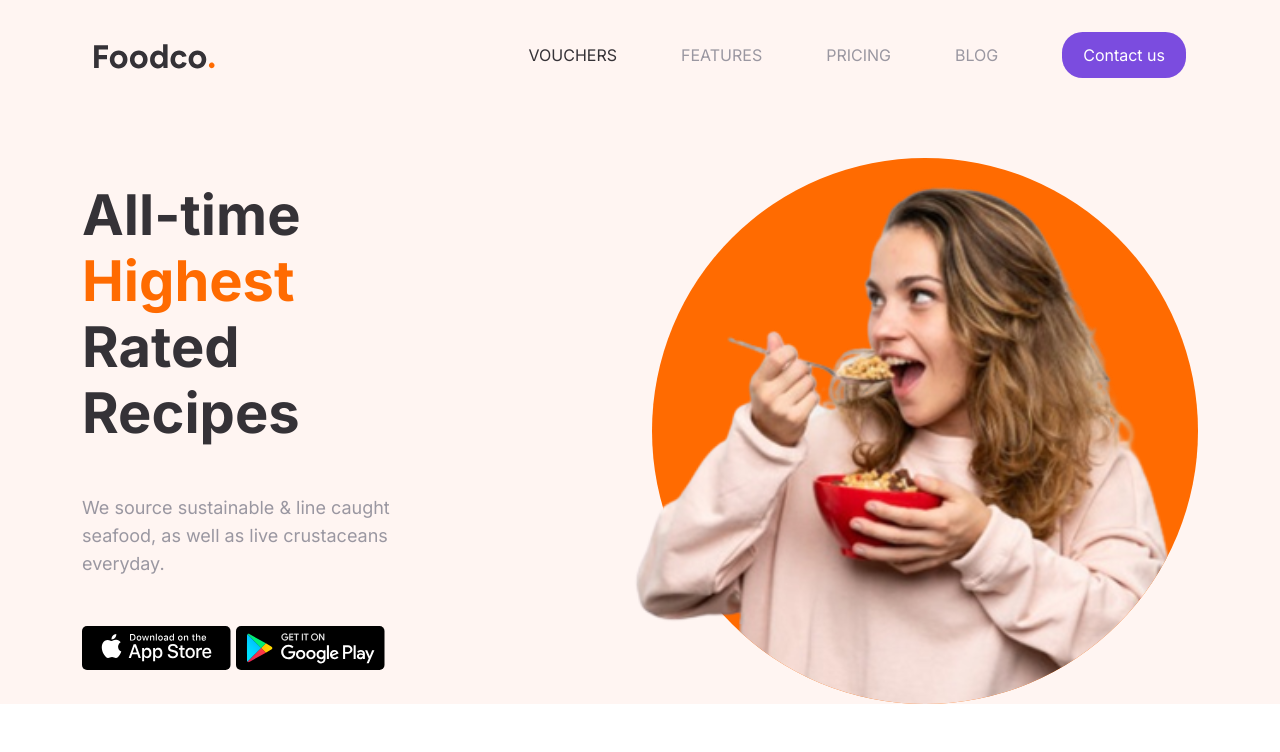
Repository: badhon252/Foodco
Page: index.html
An editor plug-in stored every save of this project. The page is shown before and after the next save, followed by the edit.
The browser window is 1280 px wide. The pictures show the whole page.
The style sheet was rebuilt from its Sass, Less or Tailwind sources for each picture, by a compiler version that may differ from the author's.

Above is the page before, as saved 2022-09-15 16:33:42.

After the next save:
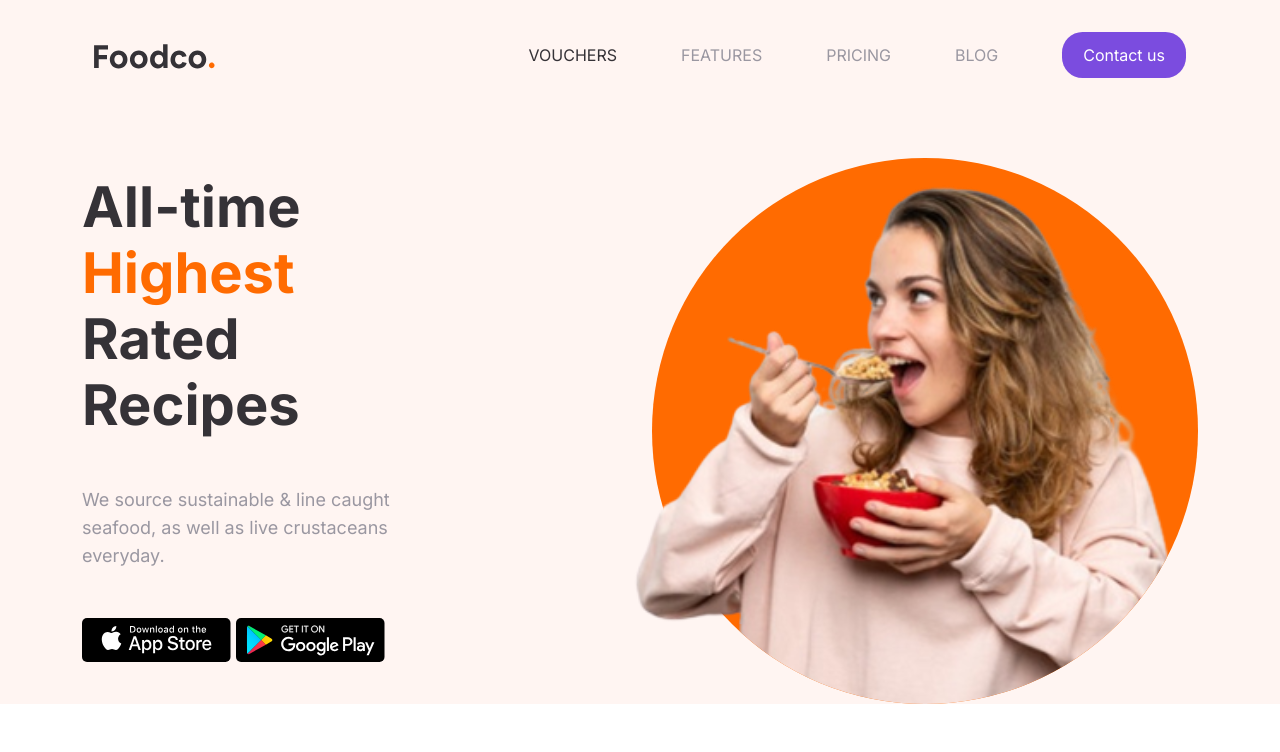
Saved 23 s later.
--- a/index.html
+++ b/index.html
@@ -50,10 +50,11 @@
             <div class="header-content my-5">
                 <div class="row">
                     <div class="col-md-4">
-                        <h1 class="my-4">All-time <span>Highest</span> Rated Recipes</h1>
+                        <h1 class="my-3">All-time <span>Highest</span> Rated Recipes</h1>
                         <p class="my-5">We source sustainable & line caught <br> seafood, as well as live crustaceans
                             <br>
-                            everyday.</p>
+                            everyday.
+                        </p>
                         <div class="app-link">
                             <img src="./image/app_store.svg" alt="">
                             <img src="./image/Playstore.svg" alt="">
